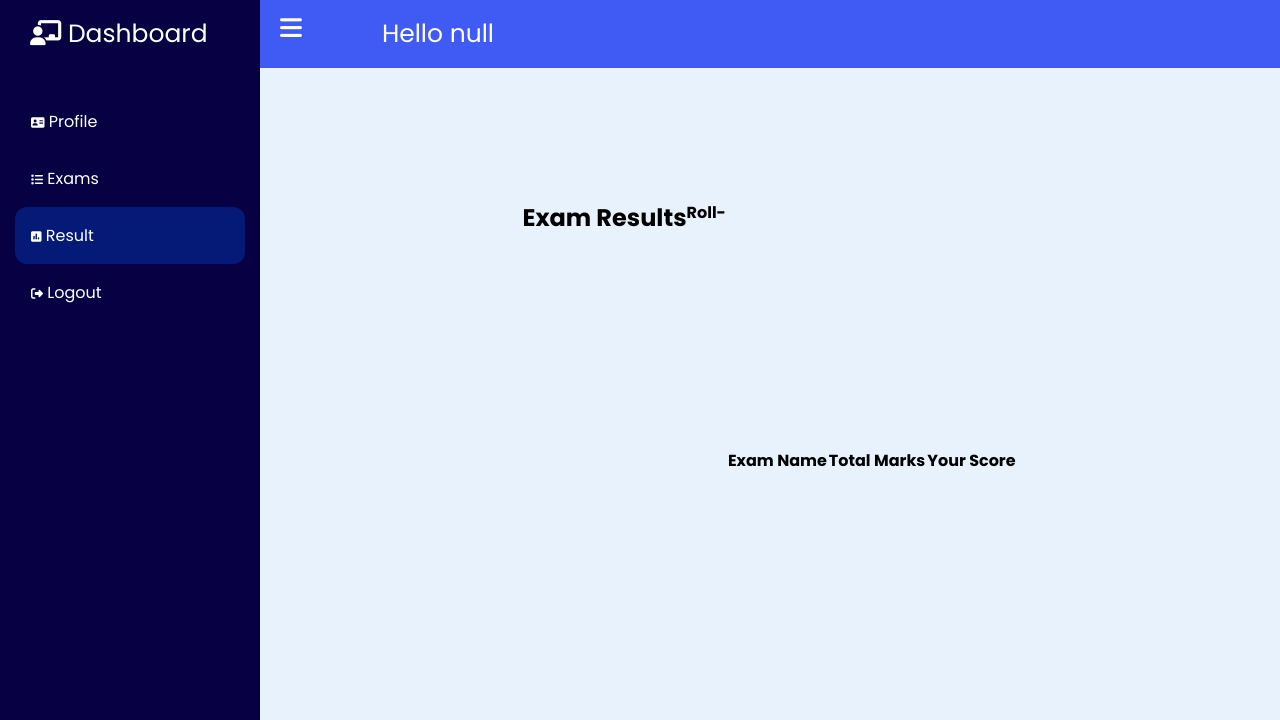
Repository: Buddhadip/ExamPortalApp_struts
Page: http://localhost/ExamWizard/WEB-INF/views/studentResult.jsp
These files come from the project's save history. The page is drawn as it stood at one moment and after the next save; the edit follows.
The browser window is 1280 px wide. The pictures show the whole page.
The page is served by Tomcat 9. Nobody is signed in. Other server files are loaded and not shown. The template is opened directly, without the code that normally fills it, so the values that code supplies are empty.

Above is the page before, as saved 2023-07-21 08:49:10.

### ExamWizard/src/main/webapp/WEB-INF/views/studentResult.jsp
<%@ page language="java" contentType="text/html; charset=ISO-8859-1"
    pageEncoding="ISO-8859-1"%>
<!DOCTYPE html>
<html>
<head>
<meta charset="ISO-8859-1">
<title>StudentResult</title>
<link rel="stylesheet" href="public/styles/studentHome.css" />
<link rel="stylesheet" href="https://cdnjs.cloudflare.com/ajax/libs/font-awesome/6.4.0/css/all.min.css">
</head>
<body>
	 <%@ taglib prefix="c" uri="http://java.sun.com/jsp/jstl/core" %>
<%
   // Retrieve a session attribute
   String username = (String) session.getAttribute("uname");
%>
<nav class="sidebar">
      <a href="#" class="logo">
        <i class="fa-solid fa-chalkboard-user fa-beat"></i>
        Dashboard
      </a>

      <div class="menu-content">
        <ul class="menu-items">
          <li class="item">
          <li class="item ">
            <a href="profile.do">
              <i class="fa-solid fa-address-card"></i>
              Profile</a>
          </li>

          <li class="item">
            <a href="studentExams.do">
                <i class="fa-solid fa-list"></i>
              Exams</a>
          </li>

          <li class="item  selected-item">
            <a href="result.do">
            <i class="fa-solid fa-square-poll-vertical"></i>
              Result</a>
          </li>

          <li class="item">
            <a href="logout.do">
              <i class="fa-solid fa-right-from-bracket"></i>
              Logout</a>
          </li>
        </ul>
      </div>
    </nav>

    <nav class="navbar">
      <i class="fa-solid fa-bars" id="sidebar-close"></i>

      <div class="hellotext">Hello <%= username %></div>
    </nav>

    <main class="main">
      <h2>${results.get(0).getUname()} Exam Results</h2>
      <h4>Roll- ${results.get(0).getUroll()} </h4>
    <table class="results-table">
        <tr>
            <th>Exam Name</th>
            <th>Total Marks</th>
            <th>Your Score</th>
        </tr>
        <c:forEach var="result" items="${results}">

        <tr>
            <td>${result.getEname()}</td>
            <td>${result.getTotal()}</td>
            <td>${result.getScore()}</td>
        </tr>
        </c:forEach>
        <!-- Add more rows for other students -->
    </table>

    </main>

    <script src="public/js/studentHome.js"></script>

</body>
</html>

### ExamWizard/src/main/webapp/public/styles/studentHome.css
@charset "ISO-8859-1";
@charset "UTF-8";
/* Import Google font - Poppins */
@import url("https://fonts.googleapis.com/css2?family=Poppins:wght@200;300;400;500;600;700&display=swap");
* {
  margin: 0;
  padding: 0;
  box-sizing: border-box;
  font-family: "Poppins", sans-serif;
}

body{
	background: #e7f2fd;
}
.sidebar {
  position: fixed;
  height: 100%;
  width: 260px;
  background: #070144;
  padding: 15px;
  z-index: 99;
}
.logo {
  font-size: 25px;
  padding: 0 15px;
}
.sidebar a {
  color: #fff;
  text-decoration: none;
}
.menu-content {
  position: relative;
  height: 100%;
  width: 100%;
  margin-top: 40px;
  overflow-y: scroll;
}
.menu-content::-webkit-scrollbar {
  display: none;
}
.menu-items {
  height: 100%;
  width: 100%;
  list-style: none;
  transition: all 0.4s ease;
}
.submenu-active .menu-items {
  transform: translateX(-56%);
}
.item a,
.submenu-item {
  padding: 16px;
  display: inline-block;
  width: 100%;
  border-radius: 12px;
}
.item i {
  font-size: 12px;
}
.item a:hover,
.submenu-item:hover,
.submenu .menu-title:hover {
  background: rgba(34, 98, 236, 0.719);
}
.submenu .menu-title:hover ,
.selected-item {
  background: rgba(5, 81, 223, 0.322);
  border-radius: 12px;
}
.submenu-item {
  display: flex;
  justify-content: space-between;
  align-items: center;
  color: #fff;
  cursor: pointer;
}
.submenu {
  position: absolute;
  height: 100%;
  width: 100%;
  top: 0;
  right: calc(-100% - 26px);
  height: calc(100% + 100vh);
  background: #11101d;
  display: none;
}
.show-submenu ~ .submenu {
  display: block;
}
.submenu .menu-title {
  border-radius: 12px;
  cursor: pointer;
}
.submenu .menu-title i {
  margin-right: 10px;
}
.navbar,
.main {
  left: 260px;
  width: calc(100% - 260px);
  transition: all 0.5s ease;
  z-index: 1000;
}
.sidebar.close ~ .navbar,
.sidebar.close ~ .main {
  left: 0;
  width: 100%;
}
.navbar {
  position: fixed;
  color: #fff;
  padding: 15px 20px;
  font-size: 25px;
  background: #405bf4;
  cursor: pointer;
  display:flex;
  flex-direction:row;
}

.navbar .hellotext{
  margin-left:80px;
}
.navbar #sidebar-close {
  cursor: pointer;
}
.main {
  position: relative;
  display: flex;

  justify-content: center;
  min-height: 100vh;
  z-index: 100;
  background: #e7f2fd;
  z-index: 100;
  overflow-y:scroll;
  background: #e7f2fd;
  flex-wrap:wrap;
  padding-top:200px;
}
.main h1 {
  color: #11101d;
  font-size: 40px;
  text-align: center;
}

### ExamWizard/src/main/webapp/public/js/studentHome.js
const sidebar = document.querySelector(".sidebar");
const sidebarClose = document.querySelector("#sidebar-close");
const menu = document.querySelector(".menu-content");
const menuItems = document.querySelectorAll(".submenu-item");
const subMenuTitles = document.querySelectorAll(".submenu .menu-title");

sidebarClose.addEventListener("click", () => {
  sidebar.classList.toggle("close");
  menu.classList.remove("submenu-active");
  menuItems.forEach((item) => {
    item.classList.remove("show-submenu");
  });
});

menuItems.forEach((item, index) => {
  item.addEventListener("click", () => {
    menu.classList.add("submenu-active");
    item.classList.add("show-submenu");
    menuItems.forEach((item2, index2) => {
      if (index !== index2) {
        item2.classList.remove("show-submenu");
      }
    });
  });
});

subMenuTitles.forEach((title) => {
  title.addEventListener("click", () => {
    menu.classList.remove("submenu-active");
  });
});

### ExamWizard/src/main/webapp/public/styles/ExamResultPage.css
@charset "ISO-8859-1";
/* Styling for the table */

h2{
	text-align:center;
}
.results-table {
    width: 100%;
    border-collapse: collapse;
    border:1px solid black;
}

/* Styling for the table headers (th) */
.results-table th {
    background-color:  #131e36;
 /* Blue color */
    color: white;
    font-weight: bold;
    padding: 10px;
    text-align: center;
}

/* Styling for the table data (td) in even rows */
.results-table tr:nth-child(even) td {
    background-color: #abdaff; /* Skublue color */
    padding: 10px;
    text-align: center;
}

/* Styling for the table data (td) in odd rows */
.results-table tr:nth-child(odd) td {
    background-color: white; /* White color */
    padding: 10px;
    text-align: center;
}

After the next save:
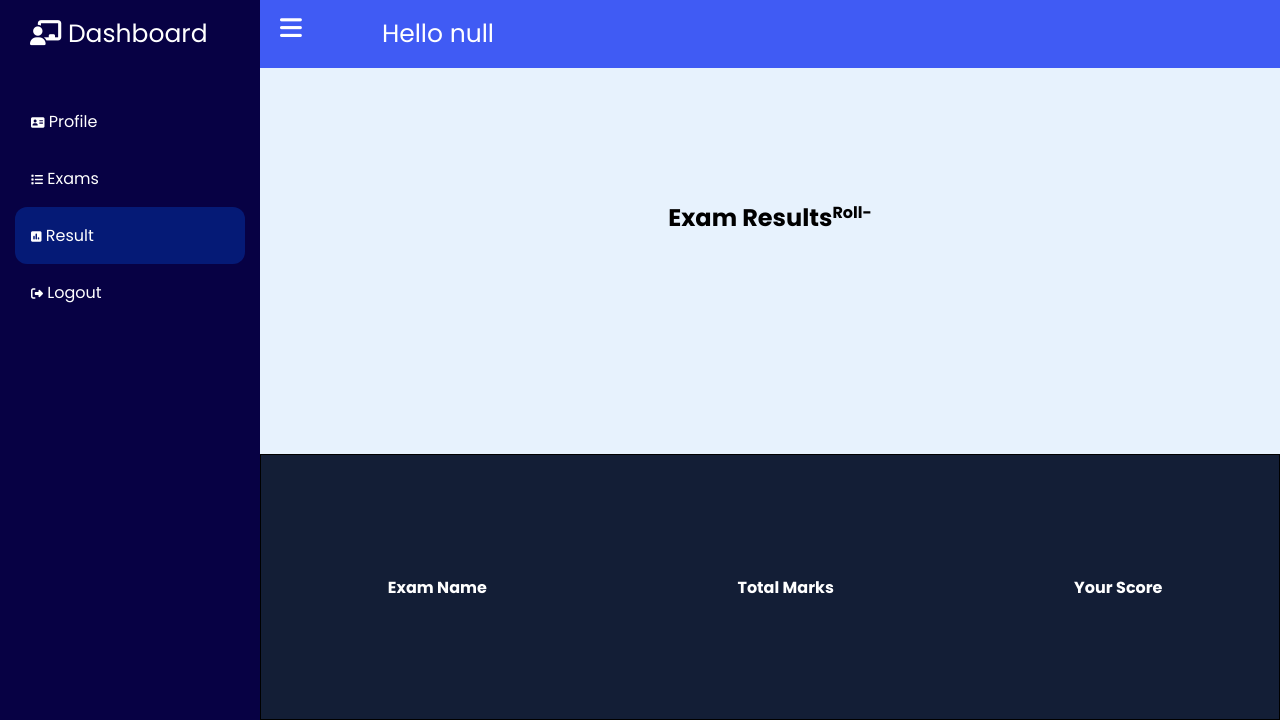
Saved 43 s later.
--- a/ExamWizard/src/main/webapp/WEB-INF/views/studentResult.jsp
+++ b/ExamWizard/src/main/webapp/WEB-INF/views/studentResult.jsp
@@ -6,6 +6,7 @@
 <meta charset="ISO-8859-1">
 <title>StudentResult</title>
 <link rel="stylesheet" href="public/styles/studentHome.css" />
+ <link rel="stylesheet" href="public/styles/ExamResultPage.css">
 <link rel="stylesheet" href="https://cdnjs.cloudflare.com/ajax/libs/font-awesome/6.4.0/css/all.min.css">
 </head>
 <body>
